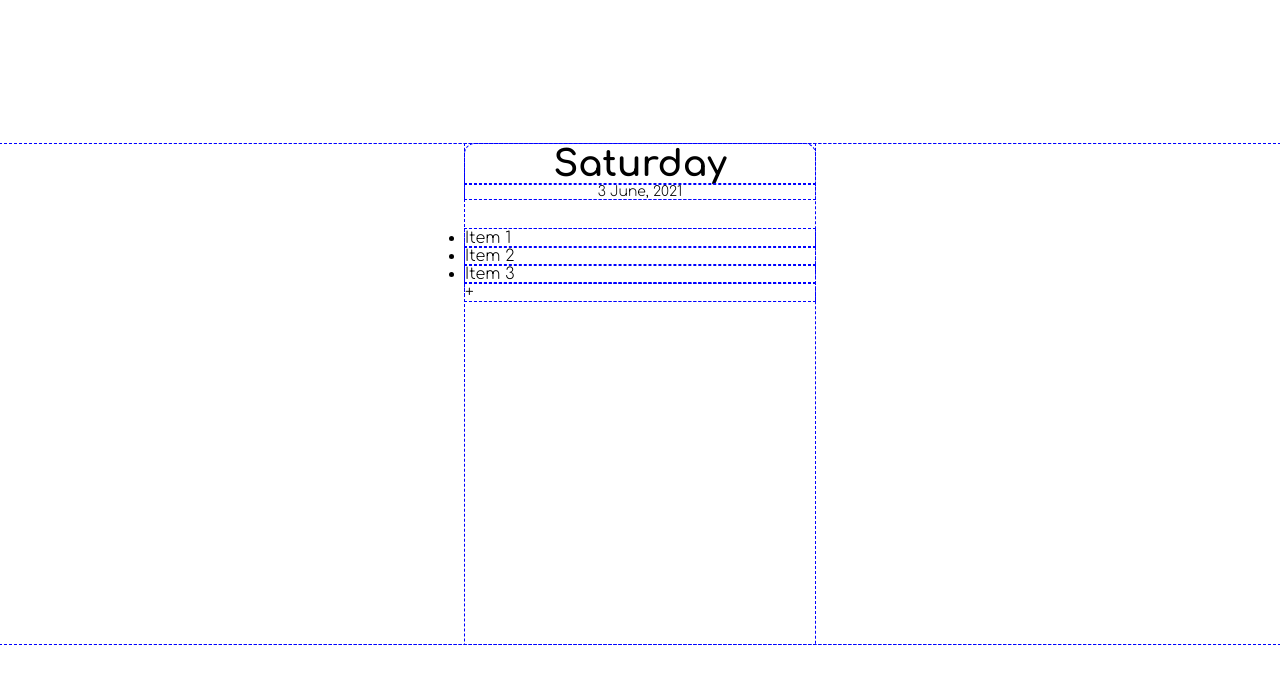
Repository: Colo-Codes/mini-projects
Page: todo-app/index.html
The author's editor kept a copy of each file at every save. The page is drawn from the files as they stood at one save, then again after the next save.
The browser window is 1280 px wide. The pictures show the whole page.

Above is the page before, as saved 2021-07-04 11:10:11.

### todo-app/index.html
<!DOCTYPE html>
<html lang="en">
    <head>
        <meta charset="UTF-8" />
        <meta http-equiv="X-UA-Compatible" content="IE=edge" />
        <meta name="viewport" content="width=device-width, initial-scale=1.0" />
        <link rel="stylesheet" href="./css/index.css" />
        <title>Mini-Project - ToDo app</title>
    </head>
    <body>
        <div class="changing-background">
            <main class="todo">
                <section id="todo--header">
                    <header>Saturday</header>
                    <p>3 June, 2021</p>
                </section>
                <section id="todo--tasks-list">
                    <ul>
                        <li class="todo--tasks-list--item">Item 1</li>
                        <li class="todo--tasks-list--item">Item 2</li>
                        <li class="todo--tasks-list--item">Item 3</li>
                    </ul>
                </section>
                <section id="todo--footer">
                    <p>+</p>
                </section>
            </main>
        </div>
    </body>
</html>

### todo-app/css/index.css
@import url('https://fonts.googleapis.com/css2?family=Comfortaa:wght@300;700&display=swap');

/* Initial reset */

html {
    box-sizing: border-box;
    font-size: 16px;
}

*,
*:before,
*:after {
    box-sizing: inherit;
    margin: 0;
    padding: 0;
    outline: 1px dashed blue; /* Debugging purposes */
}

body {
    font-family: 'Comfortaa', cursive;
}

.changing-background {
    background-image: ;
}

.todo {
    margin: auto;
    margin-top: 20vh;
    width: 350px;
    height: 500px;
    background-color: white;
    border-radius: 10px 10px 0 0;
}

#todo--header header {
    font-size: 2.25rem;
    font-weight: 700;
    text-align: center;
}

#todo--header p {
    font-size: 0.875rem;
    text-align: center;
}

#todo--tasks-list {
    margin-top: 1.875rem;
}

After the next save:
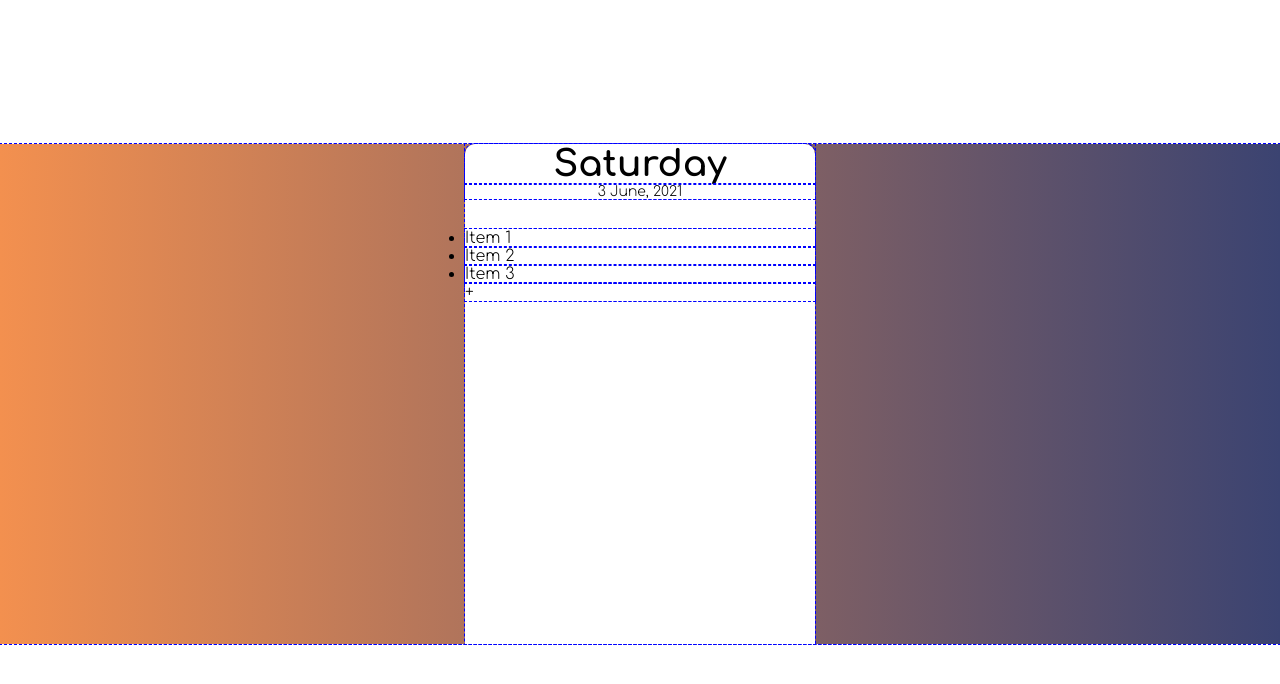
Saved 22 s later.
--- a/todo-app/css/index.css
+++ b/todo-app/css/index.css
@@ -21,7 +21,17 @@ body {
 }
 
 .changing-background {
-    background-image: ;
+    background: #f3904f; /* fallback for old browsers */
+    background: -webkit-linear-gradient(
+        to left,
+        #3b4371,
+        #f3904f
+    ); /* Chrome 10-25, Safari 5.1-6 */
+    background: linear-gradient(
+        to left,
+        #3b4371,
+        #f3904f
+    ); /* W3C, IE 10+/ Edge, Firefox 16+, Chrome 26+, Opera 12+, Safari 7+ */
 }
 
 .todo {
